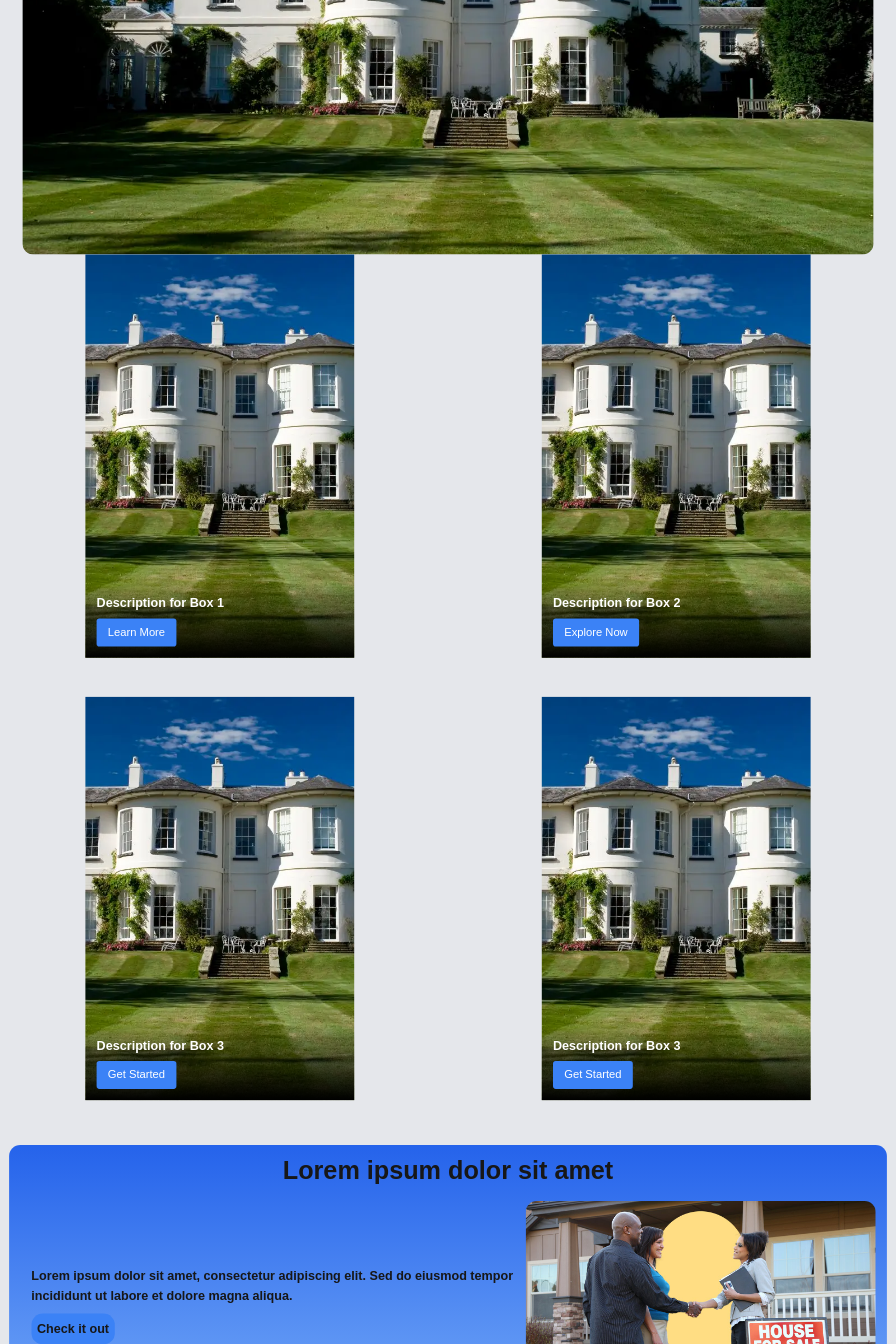
Repository: TMuse333/single-page-real-estate
Page: / (app in frontend/)
An editor plug-in stored every save of this project. The page is shown before and after a run of saves, followed by the edit.
The browser window is 1280 px wide. The pictures show the part of the page from y = 1191 to 3111 px (the page is 7208 px tall), at 70% of full size.
The project was rebuilt for these pictures with package versions that can differ from the ones it lists, and the page was loaded fresh each time. The framework's server and built-in components were replaced by stand-ins that run in the browser. Also part of the build but not shown: frontend/next.config.mjs.

Above is the page before, as saved 2024-12-05 16:27:49.

After the next 8 saves:
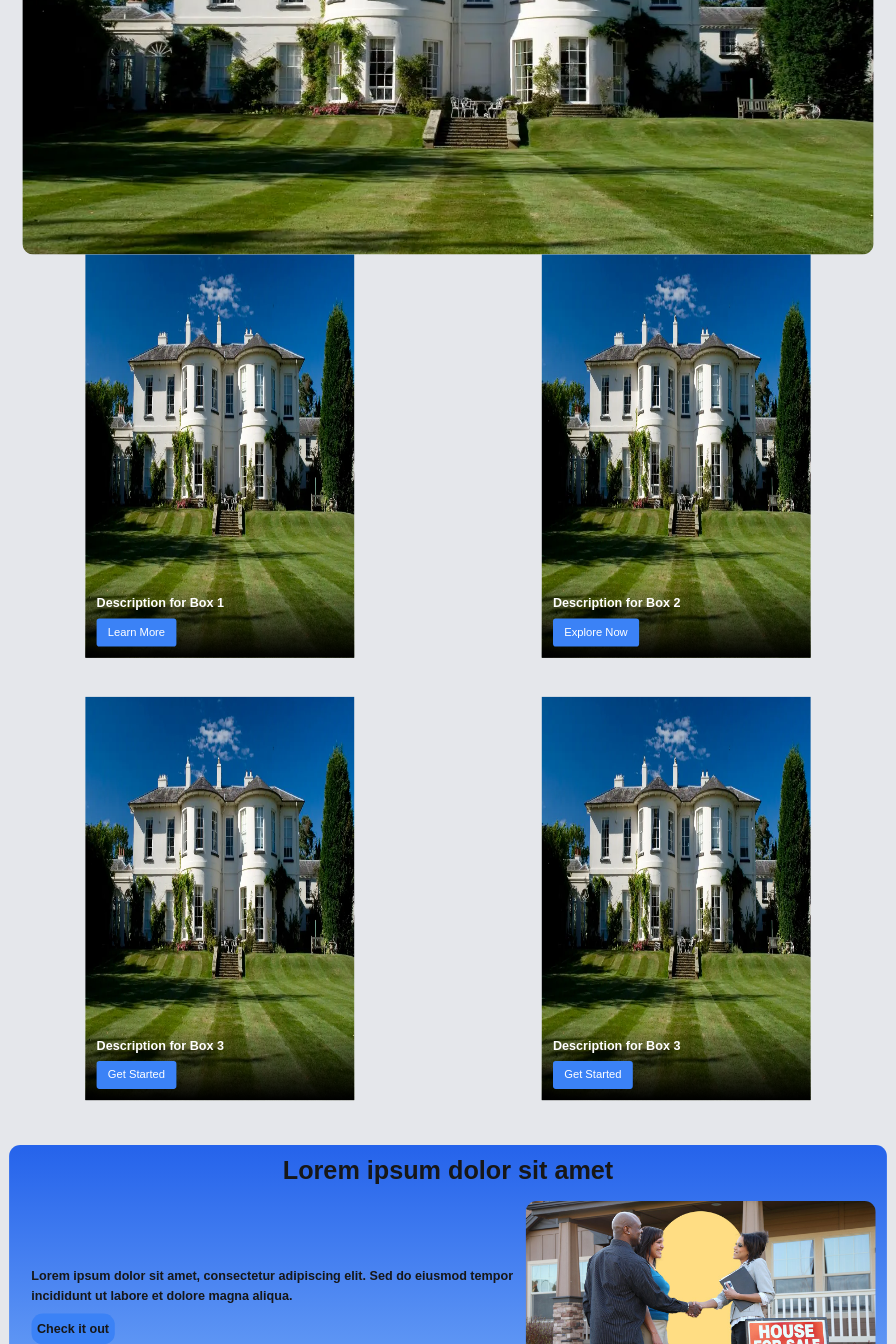
The 8 saves are shown as one change because 4 did not build or start and some came seconds apart.
The last was saved 105 s later.
--- a/frontend/src/components/interactiveDisplayBox/interactiveDisplayBox.tsx
+++ b/frontend/src/components/interactiveDisplayBox/interactiveDisplayBox.tsx
@@ -1,3 +1,4 @@
+import Image from "next/image";
 import React from "react";
 
 // Define the type for the InteractiveBox component props
@@ -18,10 +19,13 @@
   return (
     <div className="relative w-[90vw] sm:w-[45vw] lg:w-[30vw] mx-auto mb-8
     h-[80vh]">
-      <div
-        className="absolute top-0 left-0 right-0 bottom-0 bg-cover bg-center"
-        style={{ backgroundImage: `url(${src})`,  }}
-      ></div>
+     <Image
+     className="absolute h-full w-full"
+     src={src}
+     alt={alt}
+     width={96}
+     height={96}
+     />
       <div className="absolute bottom-0 left-0 right-0 p-4 bg-gradient-to-t from-black to-transparent">
         <h3 className="text-white text-lg font-semibold">{description}</h3>
         <button className="mt-2 bg-blue-500 text-white px-4 py-2 rounded">

After the save that followed:
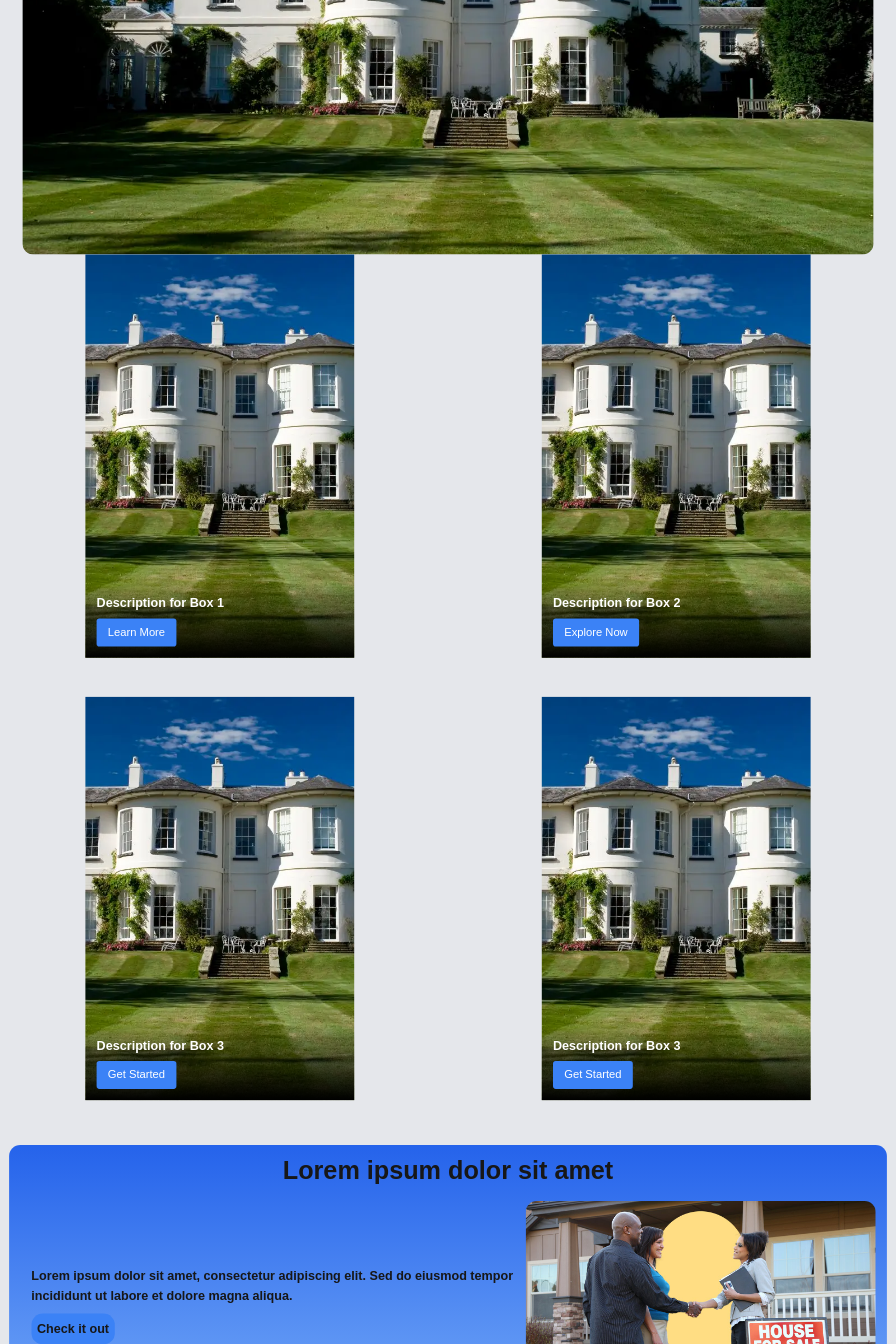
Saved 10 s later.
--- a/frontend/src/components/interactiveDisplayBox/interactiveDisplayBox.tsx
+++ b/frontend/src/components/interactiveDisplayBox/interactiveDisplayBox.tsx
@@ -20,7 +20,8 @@
     <div className="relative w-[90vw] sm:w-[45vw] lg:w-[30vw] mx-auto mb-8
     h-[80vh]">
      <Image
-     className="absolute h-full w-full"
+     className="absolute h-full w-full
+     object-cover"
      src={src}
      alt={alt}
      width={96}
